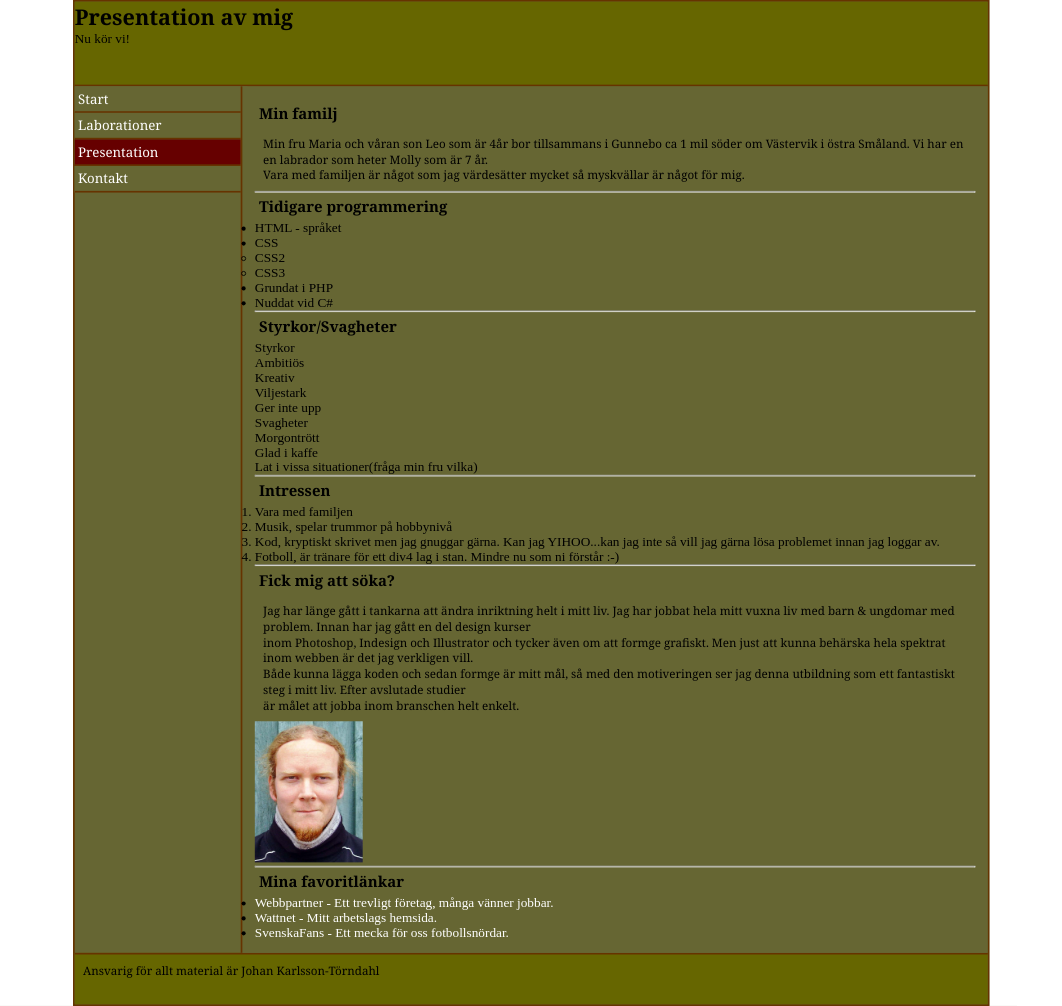
Repository: jt222ia/1ik415-jt222ia-laborationer
Page: pages/presentation.html
The author's editor kept a record of every edit. The page is drawn from the files as they stood at one moment, then again after the next edit.
The browser window is 1280 px wide. The pictures show the whole page, at 83% of full size.

Above is the page before.

### pages/presentation.html
<!DOCTYPE html>
<html>
    <head>
        <meta charset="utf-8" />
        <title>Min kursblogg - Presentation</title>
        <link rel="stylesheet" href="../css/style.css" type="text/css" />
    </head>

    <body>
    <div id="container">
            <!-- Nu börjar jag presentationen av mig :-) -->

        <div id="header">
            <h1>Presentation av mig</h1>
            <span>Nu kör vi!</span>
        </div>
        <div id="navigation">
            <ul>
               <li><a href="../index.html">Start</a></li>
               <li><a href="laborationer.html">Laborationer</a></li>
               <li><a href="presentation.html" class="active">Presentation</a></li>
               <li><a href="kontakt.html">Kontakt</a></li>
            </ul>
        </div>
        <div id="content">
            <h3>Min familj</h3>
                    <p> Min fru Maria och våran son Leo som är 4år bor tillsammans i Gunnebo ca 1 mil söder om Västervik i östra Småland.
                    Vi har en en labrador som heter Molly som är 7 år. <br />
                    Vara med familjen är något som jag värdesätter mycket så myskvällar är något för mig.
                    </p>
                    <hr />

            <h3>Tidigare programmering</h3>
                    <ul>
                        <li>HTML - språket</li>
                        <li>CSS
                            <ul>
                                <li>CSS2</li>
                                <li>CSS3</li>
                            </ul>
                        </li>
                        <li>Grundat i PHP</li>
                        <li>Nuddat vid C#</li>
                    </ul>
                    <hr />

            <h3>Styrkor/Svagheter</h3>
                    <dl>
                        <dt>Styrkor</dt>
                            <dd>Ambitiös</dd>
                            <dd>Kreativ</dd>
                            <dd>Viljestark</dd>
                            <dd>Ger inte upp</dd>

                        <dt>Svagheter</dt>
                            <dd>Morgontrött</dd>
                            <dd>Glad i kaffe</dd>
                            <dd>Lat i vissa situationer(fråga min fru vilka)</dd>
                    </dl>
                    <hr />

            <h3>Intressen</h3>
                        <ol>
                          <li>Vara med familjen</li>
                          <li>Musik, spelar trummor på hobbynivå</li>
                          <li>Kod, kryptiskt skrivet men jag gnuggar gärna. Kan jag YIHOO...kan jag inte så vill jag gärna lösa problemet innan jag loggar av.</li>
                          <li>Fotboll, är tränare för ett div4 lag i stan. Mindre nu som ni förstår :-)</li>
                        </ol>
                    <hr />

            <h3>Fick mig att söka?</h3>
                    <p>Jag har länge gått i tankarna att ändra inriktning helt i mitt liv. Jag har jobbat hela mitt vuxna liv med barn & ungdomar med problem.
                        Innan har jag gått en del design kurser<br /> inom Photoshop, Indesign och Illustrator och tycker även om att formge grafiskt. Men just att kunna behärska
                        hela spektrat inom webben är det jag verkligen vill.<br /> Både kunna lägga koden och sedan formge är mitt mål, så med den motiveringen ser jag denna utbildning
                        som ett fantastiskt steg i mitt liv. Efter avslutade studier<br /> är målet att jobba inom branschen helt enkelt.
                    </p>
                    <img src="../pics/me.jpg" id="bilden" alt="Ett fotografi av mig" width="130" height="170">
                    <hr />

     <!-- Nu avslutar jag presentationen av mig. Hoppas det var trevlig läsning -->

            <h3>Mina favoritlänkar</h3>
                     <ul>
                         <li><a href="http://www.webbpartner.se" target="_blank">Webbpartner - Ett trevligt företag, många vänner jobbar.</a></li>
                         <li><a href="http://www.wattnet.se" target="_blank">Wattnet - Mitt arbetslags hemsida.</a></li>
                         <li><a href="http://www.svenskafans.se" target="_blank">SvenskaFans - Ett mecka för oss fotbollsnördar.</a></li>
                     </ul>
        </div>
        <div id="footer">
            <p>Ansvarig för allt material är Johan Karlsson-Törndahl</p>
        </div>
    </div>
    </body>
</html>

### css/style.css
/*
Mina färger
Container, content, navigation - #666633
Header, Footer - #666600
Borders - #663300
Länkar - #fff
Active link - #660000
*/

* {
    margin:0;
    padding:0;
}

body {


}

/*De stora blocken */

#container{
    margin:0 auto;
    width:1100px;
    border:2px solid #663300;
    background-color:#666633;

}

#header {
    height:100px;
    background-color:#666600;
    border-bottom:2px solid #663300;

}
#header_logo {
    float:left;
    width:150px;

}
#header_content {
    float:left;
    width:500px;

}

#navigation{
    width:200px;
    float:left;
    background-color:#666633;

}
#content {
    width:868px;
    float:left;
    padding:15px;
    background-color:#666633;
    border-left:2px solid #663300;

}

#footer {
    clear:both;
    height:60px;
    border-top:2px solid #663300;
    background-color:#666600;
}
#clear {
    clear:both;
}

/* Menyn */

#navigation ul {
     margin:0px;
     padding:0px;
     list-style:none;
}
#navigation ul li {

}
#navigation ul a {
    display:block;
    padding:4px;
    width:200px;
    font-family:georgia;
    text-decoration:none;
    border-bottom:2px solid #663300;
    color:#fff;
    background-color:#666633;

}
#navigation ul a:hover{
    background-color:#663333;
}

/*Klasser */

#navigation ul li .active {
   background-color:#660000;

}
.postauthor{
    text-align:right;
    font-style:italic;
}
.top_h1 {
    margin-top:15px;
    margin-right:10px;
}

.icon{
    float:left;
}
/*Typografi på sidan */

h1 {
    font-size:26px;
    font-family:Georgia, sans-serif;

}
h2 {
    font-size:24px;
    font-family:Georgia, sans-serif;

}
h3 {
    font-size:18px;
    font-family:Georgia, sans-serif;
    padding:5px;

}
a {
    text-decoration:none;
    font-style:bold;
    color:#fff;
}
p{
    font-size:14px;
    font-family:Georgia;
    padding:10px;
}

After the next edit:
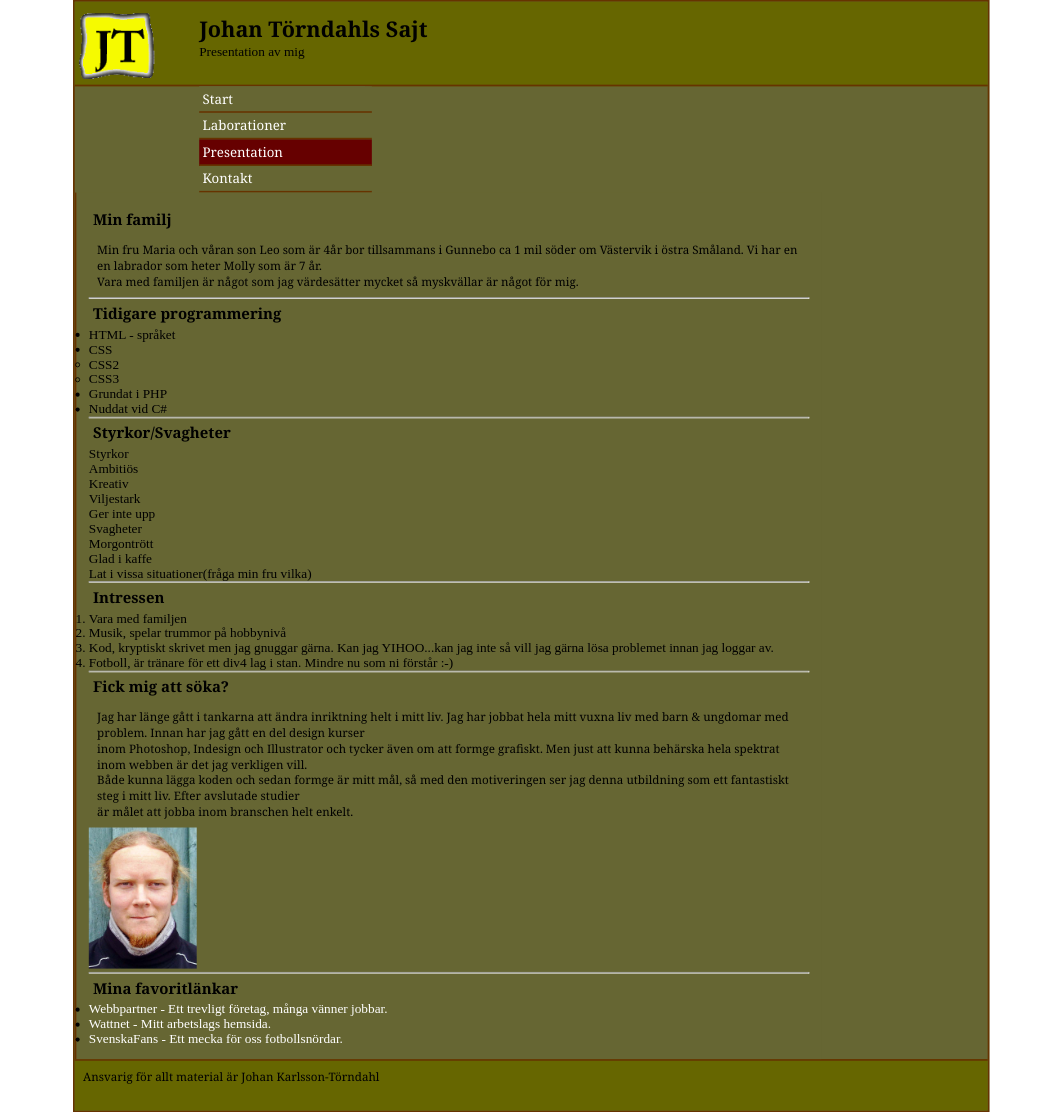
The edit:
--- a/pages/presentation.html
+++ b/pages/presentation.html
@@ -11,9 +11,16 @@
             <!-- Nu börjar jag presentationen av mig :-) -->
 
         <div id="header">
-            <h1>Presentation av mig</h1>
-            <span>Nu kör vi!</span>
+            <div id="header_logo">
+                <img src="pics/logo_trans.png">
+            </div>
+
+            <div id="header_content">
+                <h1 class="top_h1">Johan Törndahls Sajt</h1>
+                <span>Presentation av mig</span>
+            </div>
         </div>
+
         <div id="navigation">
             <ul>
                <li><a href="../index.html">Start</a></li>
